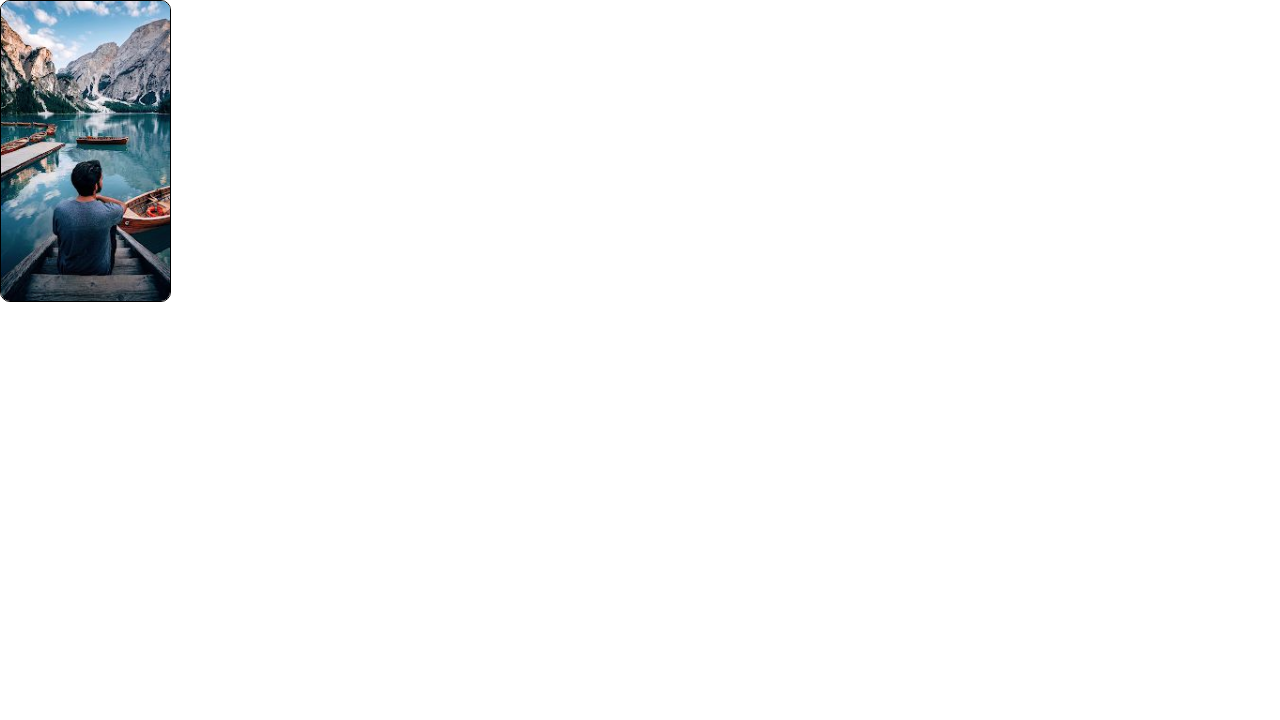
Repository: diensy/Web_dev
Page: Css/Exercise/exercise-2/index.html
The author's editor kept a copy of each file at every save. The page is drawn from the files as they stood at one save, then again after a run of saves.
The browser window is 1280 px wide. The pictures show the whole page.

Above is the page before, as saved 2024-05-27 20:51:39.

After the next 2 saves:
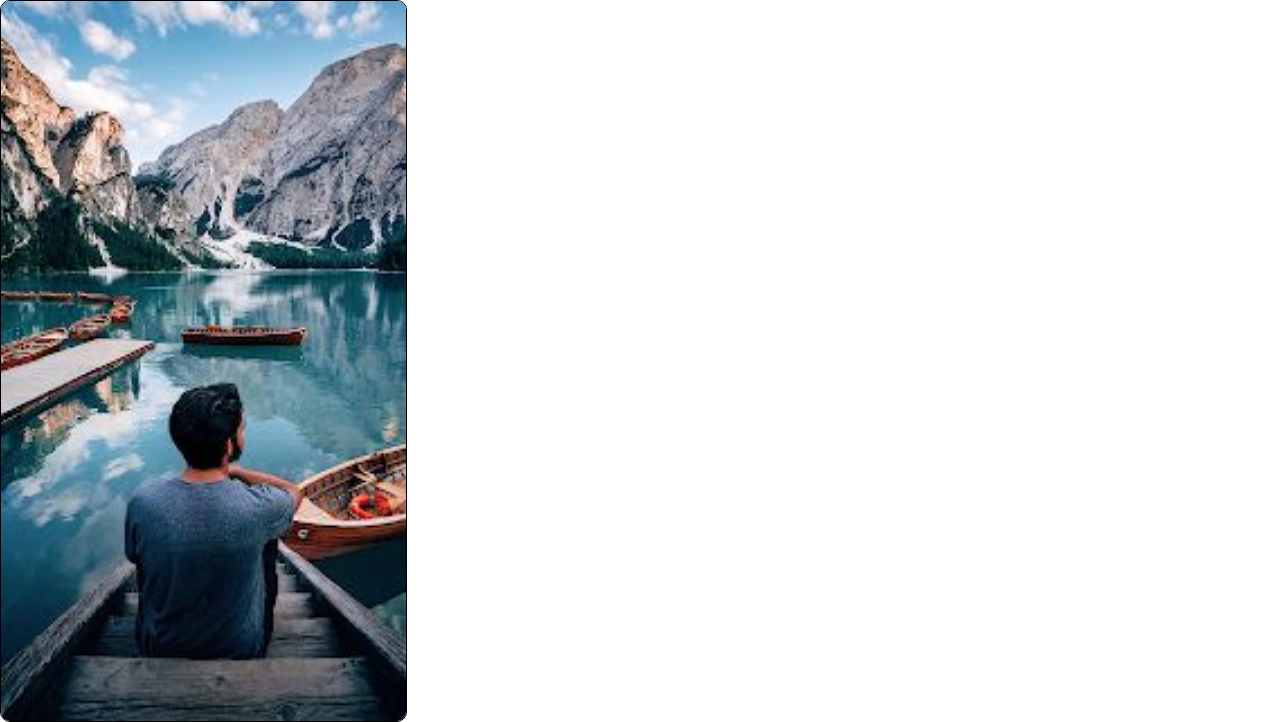
The 2 saves are shown as one change because they came seconds apart.
The last was saved 34 s later.
--- a/Css/Exercise/exercise-2/index.css
+++ b/Css/Exercise/exercise-2/index.css
@@ -7,6 +7,7 @@
   display: grid;
   border: 1px solid black;
   border-radius: 10px;
-  height: 300px;
+  height: 100vh;
+
 
 }
